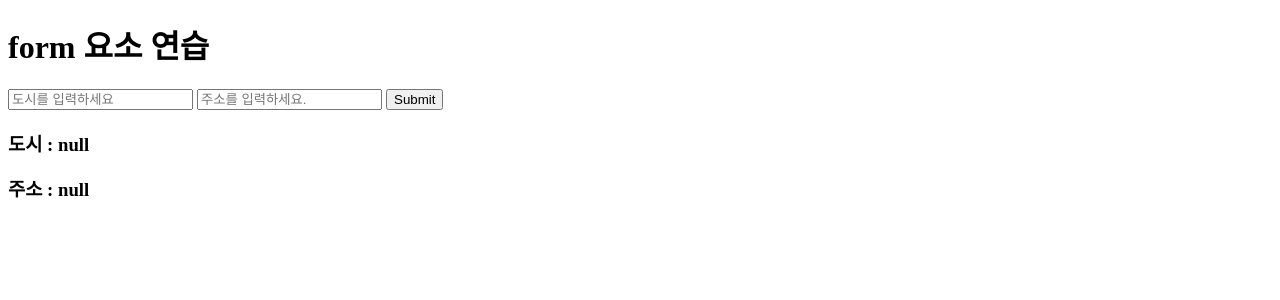
Repository: JJinBBangg/JSP
Page: http://localhost/jsp/ch03/lecture/06form/03input.jsp
These files come from the project's save history. The page is drawn as it stood at one moment and after the next save; the edit follows.
The browser window is 1280 px wide. The pictures show the whole page.
The page is served by Tomcat 9.

Above is the page before, as saved 2023-03-28 05:21:18.

After the next save:
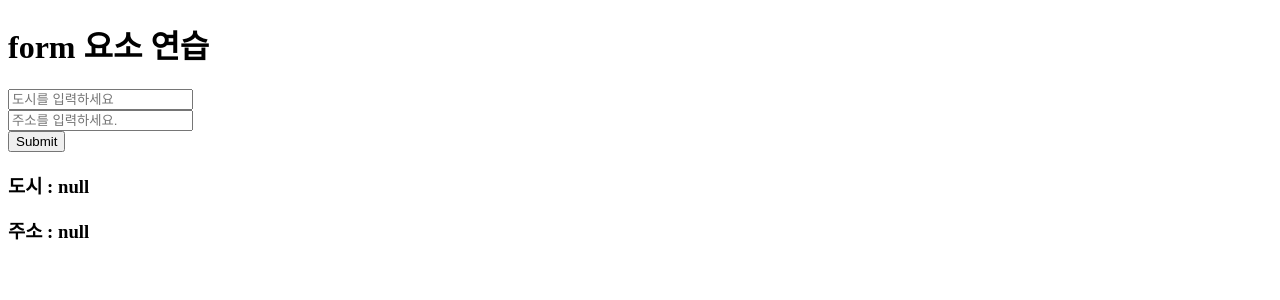
Saved 3 min 31 s later.
--- a/jsp/src/main/webapp/ch03/lecture/06form/03input.jsp
+++ b/jsp/src/main/webapp/ch03/lecture/06form/03input.jsp
@@ -9,9 +9,9 @@
 <body>
 	<h1>form 요소 연습</h1>
 	<form action="">
-		<input type="text" name="city"placeholder="도시를 입력하세요"/>
-		<input type="text" name="address" placeholder="주소를 입력하세요."/>
-		<input type="submit" />
+		<input type="text" name="city"placeholder="도시를 입력하세요"/><br>
+		<input type="text" name="address" placeholder="주소를 입력하세요."/><br>
+		<input type="submit" /><br>
 	</form>
 	<%
 	String address = request.getParameter("address");
